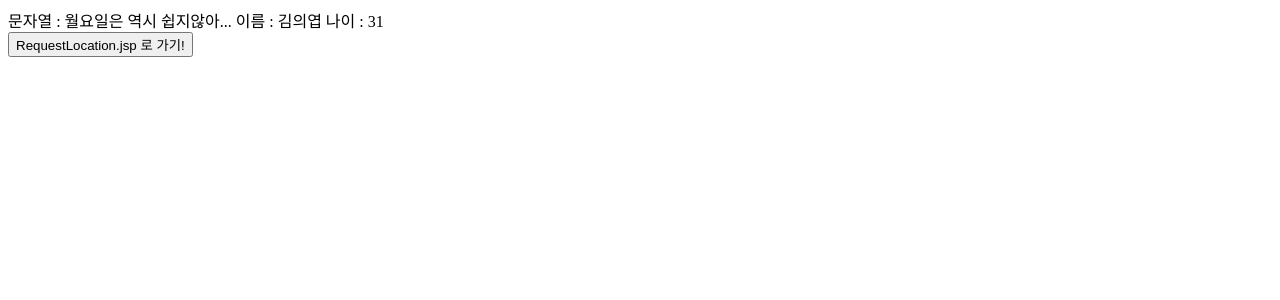
Repository: kimeuiyeob/KOPO_JSP_Study_2
Page: http://localhost/JspStudy/03Scope/RequestMain.jsp
The author's editor kept a copy of each file at every save. The page is drawn from the files as they stood at one save, then again after a run of saves.
The browser window is 1280 px wide. The pictures show the whole page.
The page is served by Tomcat 9. Other server files are loaded and not shown.

Above is the page before, as saved 2023-06-19 01:01:06.

### JspStudy/src/main/webapp/03Scope/RequestMain.jsp
<%@ page language="java" contentType="text/html; charset=UTF-8" pageEncoding="UTF-8"%>

<%@ page import="common.*"%>

<!-- 1.문자열 저장
	 2.Person 객체 저장 (본인이름,나이는31)  -->

<!DOCTYPE html>
<html>
<head>
<meta charset="UTF-8">
<title>RequestScope data check</title>
</head>
<body>

	<%
	request.setAttribute("str", "월요일은 역시 쉽지않아...");
	request.setAttribute("person", new PersonDTO("김의엽", 31));
	%>

	<%
	String str = request.getAttribute("str").toString();
	PersonDTO person = (PersonDTO) request.getAttribute("person");
	%>

	<%="문자열 : " + str%>
	<%="이름 : " + person.getName()%>
	<%="나이 : " + person.getAge()%>

	<form action="RequestLocation.jsp">
		<input type="hidden" name="str" value="<%=str%>"> <input type="hidden" name="person" value="<%=person%>">
		<input type="submit" value="RequestLocation.jsp 로 가기!">
	</form>


</body>
</html>

### JspStudy/src/main/java/common/PersonDTO.java
package common;

public class PersonDTO {

	private String name;
	private int age;

	public PersonDTO() {
		;
	}

	public PersonDTO(String name, int age) {
		super();
		this.name = name;
		this.age = age;
	}

	public String getName() {
		return name;
	}

	public void setName(String name) {
		this.name = name;
	}

	public int getAge() {
		return age;
	}

	public void setAge(int age) {
		this.age = age;
	}

}

After the next 2 saves:
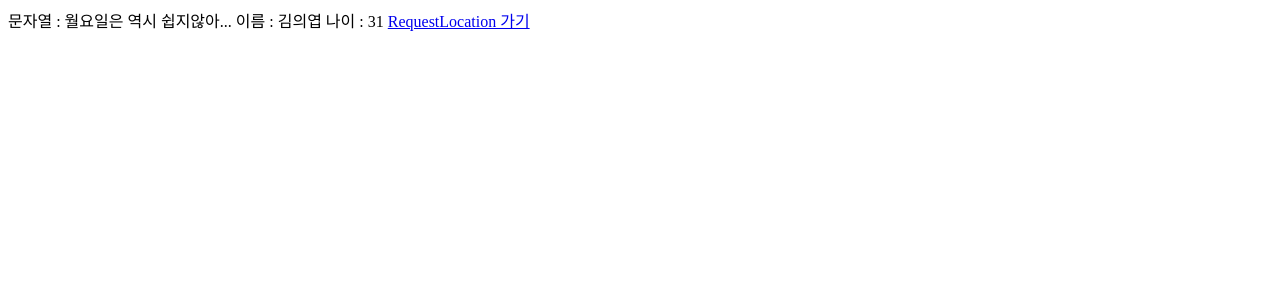
The 2 saves are shown as one change because they came seconds apart.
The last was saved 27 s later.
--- a/JspStudy/src/main/webapp/03Scope/RequestMain.jsp
+++ b/JspStudy/src/main/webapp/03Scope/RequestMain.jsp
@@ -27,10 +27,7 @@
 	<%="이름 : " + person.getName()%>
 	<%="나이 : " + person.getAge()%>
 
-	<form action="RequestLocation.jsp">
-		<input type="hidden" name="str" value="<%=str%>"> <input type="hidden" name="person" value="<%=person%>">
-		<input type="submit" value="RequestLocation.jsp 로 가기!">
-	</form>
+	<a href="RequestLocation">RequestLocation 가기</a>
 
 
 </body>
